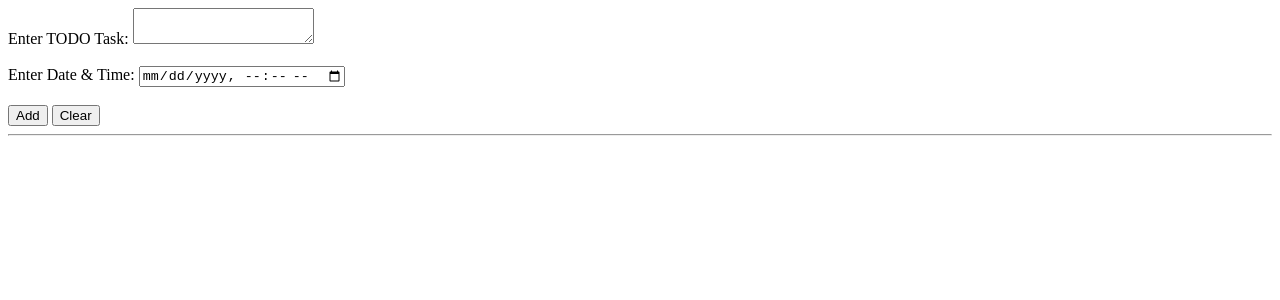
Repository: noamsabb/TaskBoard
Page: index.html
An editor plug-in stored every save of this project. The page is shown before and after the next save, followed by the edit.
The browser window is 1280 px wide. The pictures show the whole page.

Above is the page before, as saved 2025-04-09 16:05:31.

### index.html
<!DOCTYPE html>
<html lang="en">
<head>
    <meta charset="UTF-8">
    <meta name="viewport" content="width=device-width, initial-scale=1.0">
    <title>Document</title>
    <script defer src="main.js"></script>
    <link rel="stylesheet" href="style.css">

</head>

<body>

    <form onsubmit="addTodo()" method="dialog">

        <label>Enter TODO Task: </label>
        <textarea id="taskTextBox" required></textarea>
        <br><br>

        <label>Enter Date & Time: </label>
        <input type="datetime-local" id= "timeTextBox" required>
        <br><br>

        <button>Add</button>
        <button type="reset">Clear</button>
    </form>

    <hr>
    <div id="containerDiv"></div>


</body>
</html>

### main.js
"use strict";
let todoList = [];

document.addEventListener('DOMContentLoaded', function () {
    loadTodoList();
    displayTodoList()
  });

const taskTextBox = document.getElementById("taskTextBox");
const timeTextBox = document.getElementById("timeTextBox");
const conatinerDiv = document.getElementById("conatinerDiv");

function addTodo() {
  pushTodo();
  displayTodoList();
  clearForm();
}

function pushTodo() {
  const task = taskTextBox.value;
  const time = timeTextBox.value;
  let formattedTime = time.replace("T", " ").replace(/-/g, "/").replace("202", "2")
  const todo = { task, formattedTime };
  todoList.push(todo);
  saveTodoList();
}

function displayTodoList() {
  let html = "";

  for (let i = 0; i < todoList.length; i++) {
    const card = `
            <div class="card">
                <span onclick="deleteMe(${i})"> ❌ </span>
                <div class= "taskDiv">${todoList[i].task}</div>
                <div class= "timeDiv">${todoList[i].formattedTime}</div>
            </div>
        `;
    html += card;
  }
  containerDiv.innerHTML = html;
}

function deleteMe(index) {
  todoList.splice(index, 1);
  displayTodoList();
  saveTodoList();
}

function clearForm() {
  taskTextBox.value = "";
  timeTextBox.value = "";
  taskTextBox.focus();
}


function saveTodoList(){
    const json = JSON.stringify(todoList);
    localStorage.setItem("toDoList", json);
  }
  function loadTodoList(){
    const json = localStorage.getItem("toDoList");
    if(json){
      todoList = JSON. parse(json);
    }
  }


  function dateToGoodFormat(dateOriginal){

  }

### style.css
/* html{
    background-image: url(assets/corkBoard-Backgound.jpg) ;
    background-size: cover;
    background-repeat: no-repeat;
} */


#containerDiv {
    display: flex;
    flex-wrap: wrap;
}

.card {
    /* border: 1px solid black; */
    margin: 10px;
    padding: 15px;
    width:100px;
    height:160px;
    position: relative;
    background-image: url('assets/postit.avif');
    background-size: cover;         /* makes image fill the card */
    background-repeat: no-repeat;   /* prevents tiling */
    background-position: center;    /* centers image in card */
}

.card > span {
    position: absolute;
    right: 5px;
    top: 5px;
    cursor: pointer;
    margin-top: 25px;
}

.taskDiv{
    margin-top: 30px   ;
}
.timeDiv{
    margin-top: 50px   ;
    font-size: small;
}

After the next save:
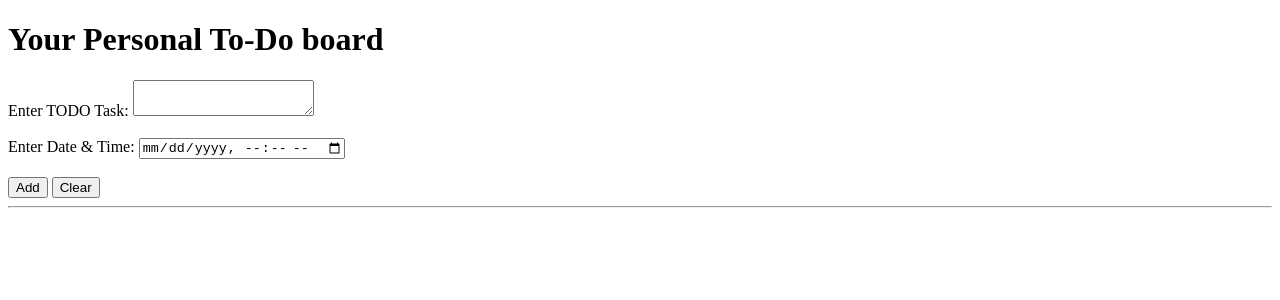
Saved 25 s later.
--- a/index.html
+++ b/index.html
@@ -10,7 +10,7 @@
 </head>
 
 <body>
-
+    <h1>Your Personal To-Do board</h1>
     <form onsubmit="addTodo()" method="dialog">
 
         <label>Enter TODO Task: </label>
